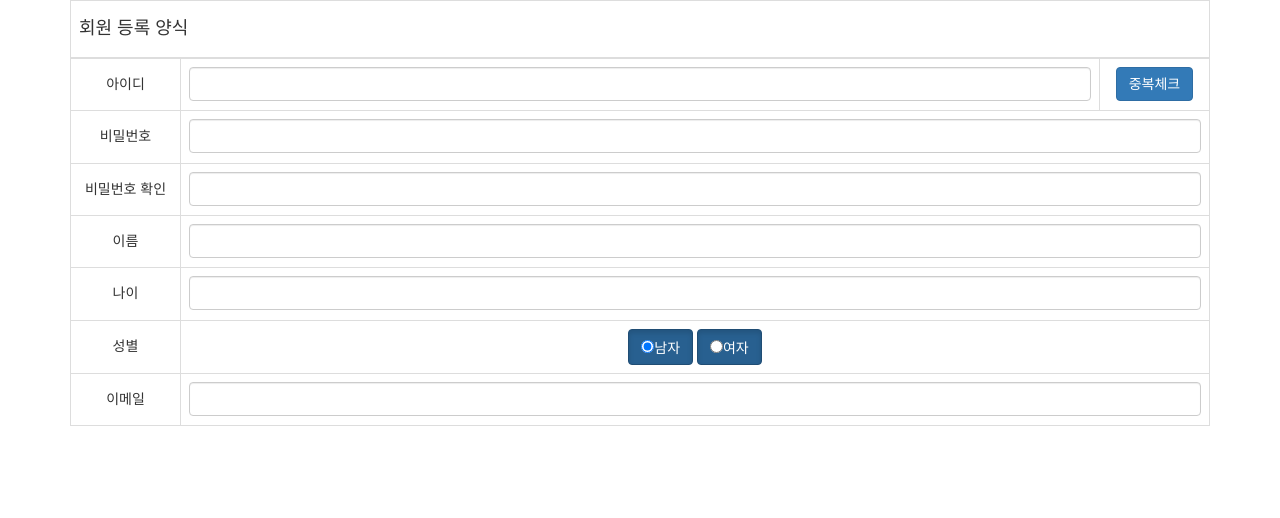
Repository: LJzero-dev/java-study
Page: http://localhost/test/
These files come from the project's save history. The page is drawn as it stood at one moment and after the next save; the edit follows.
The browser window is 1280 px wide. The pictures show the whole page.
The page is served by Tomcat 9. Other server files are loaded and not shown.

Above is the page before, as saved 2023-06-07 11:19:32.

### web/test/WebContent/index.jsp
<%@ page language="java" contentType="text/html; charset=UTF-8" pageEncoding="UTF-8"%>
<!DOCTYPE html PUBLIC "-//W3C//DTD HTML 4.01 Transitional//EN" "http://www.w3.org/TR/html4/loose.dtd">
<html>
<head>
	<meta http-equiv="Content-Type" content="text/html; charset=UTF-8">
	<meta name="viewport" content="width=device-width, initial-scale=1">
	<link rel="stylesheet" href="css/bootstrap.css">
	<link rel="stylesheet" href="css/custom.css">
<title>Insert title here</title>
<script src="https://code.jquery.com/jquery-3.7.0.min.js" integrity="sha256-2Pmvv0kuTBOenSvLm6bvfBSSHrUJ+3A7x6P5Ebd07/g=" crossorigin="anonymous"></script>
<script src="js/bootstrap.js"></script>
</head>
<body>
	<div class="container">
		<form method="post" action="./userRegister">
			<table class = "table table-bordered table-hover" style="text-align:center; border:1px solid #dddddd">
				<thead>
					<tr>
						<th colspan="3"><h4>회원 등록 양식</h4></th>
					</tr>
				</thead>
				<tbody>
					<tr>
						<td style="width: 110px;"><h5>아이디</h5></td>
						<td><input class="form-control" type="text" id="userID" name="userID" maxlength="20"></td>
						<td style="width: 110px;" ><button class="btn btn-primary" onclick="registerCheckFunction();" type="button">중복체크</button></td>
					</tr>
					<tr>
						<td style="width: 110px;"><h5>비밀번호</h5></td>
						<td colspan="2" ><input class="form-control" type="password" id="userPassword1" name="userPassWord1" maxlength="20" ></td>
					</tr>
					<tr>
						<td style="width: 110px;"><h5>비밀번호 확인</h5></td>
						<td colspan="2" ><input class="form-control" type="password" id="userPassword2" name="userPassWord2" maxlength="20" ></td>
					</tr>
					<tr>
						<td style="width: 110px;"><h5>이름</h5></td>
						<td colspan="2" ><input class="form-control" type="text" id="userName" name="userName" maxlength="20"></td>
					</tr>
					<tr>
						<td style="width: 110px;"><h5>나이</h5></td>
						<td colspan="2" ><input class="form-control" type="text" id="userAge" name="userAge" maxlength="20"></td>
					</tr>
					<tr>
						<td style="width: 110px;"><h5>성별</h5></td>
						<td colspan="2" >
							<div class="form-group" style="text-align:center; margin: 0 auto;">
								<label class="btn btn-primary active">
									<input type="radio" name="userGender" autocomplete="off" value="남자" checked>남자
								</label>
								<label class="btn btn-primary active">
									<input type="radio" name="userGender" autocomplete="off" value="여자" >여자
								</label>
							</div>
						</td>
					</tr>
					<tr>
						<td style="width: 110px;"><h5>이메일</h5></td>
						<td colspan="2" ><input class="form-control" type="email" id="userEmail" name="userEmail" maxlength="20"></td>
					</tr>
				</tbody>
			</table>
		</form>
	</div>
</body>
</html>

Loaded but not shown: web/test/WebContent/css/bootstrap.css (library); web/test/WebContent/css/custom.css (common file); web/test/WebContent/js/bootstrap.js (library)

After the next save:
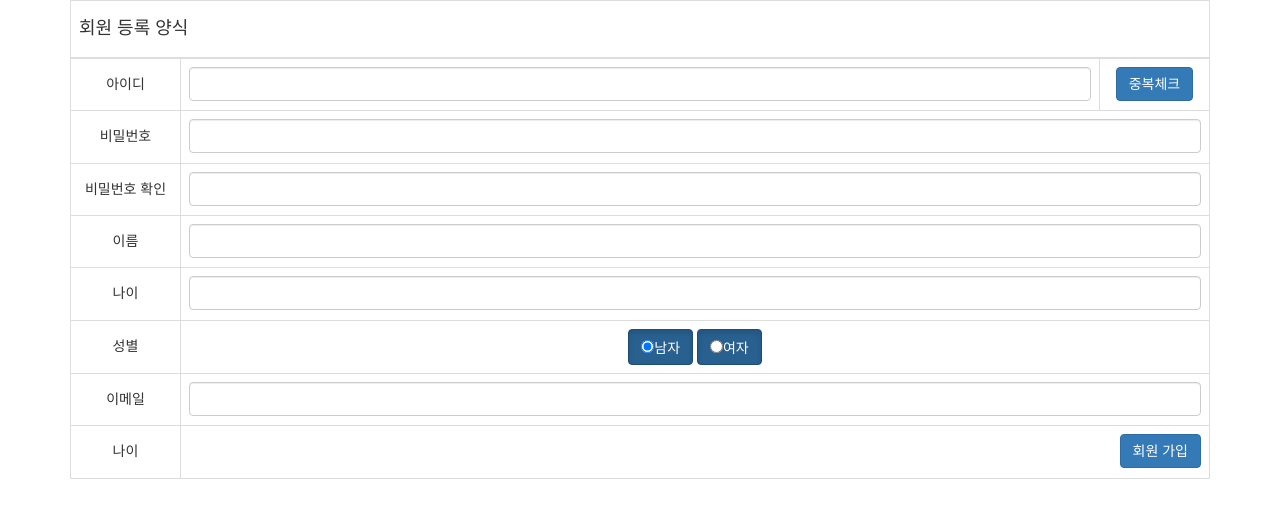
Saved 111 s later.
--- a/web/test/WebContent/index.jsp
+++ b/web/test/WebContent/index.jsp
@@ -58,6 +58,10 @@
 						<td style="width: 110px;"><h5>이메일</h5></td>
 						<td colspan="2" ><input class="form-control" type="email" id="userEmail" name="userEmail" maxlength="20"></td>
 					</tr>
+					<tr>
+						<td style="width: 110px;"><h5>나이</h5></td>
+						<td style="text-align: left " colspan="3" ><input class="btn btn-primary pull-right" type="submit" value="회원 가입"</td>
+					</tr>
 				</tbody>
 			</table>
 		</form>
